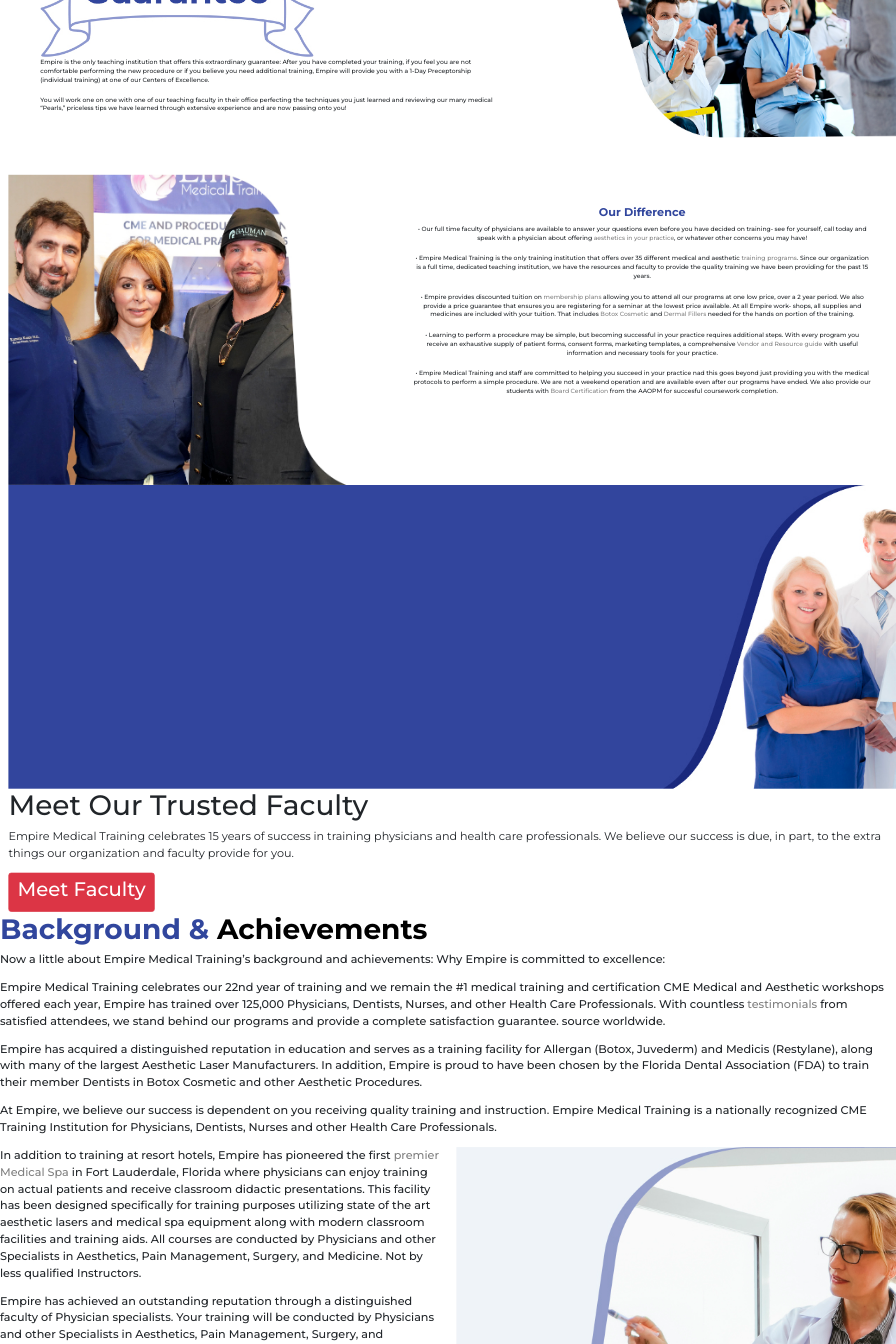
Repository: jorgi710/BODY-CONTOURING-INJECTABLES-AND-ADJUNCT-PROCEDURES
Page: our quarantee/file/src/index.html
These files come from the project's save history. The page is drawn as it stood at one moment and after the next save; the edit follows.
The browser window is 1280 px wide. The pictures show the part of the page from y = 684 to 2604 px (the page is 5943 px tall before and 6048 px after), at 70% of full size.

Above is the page before, as saved 2021-04-06 08:34:00.

After the next save:
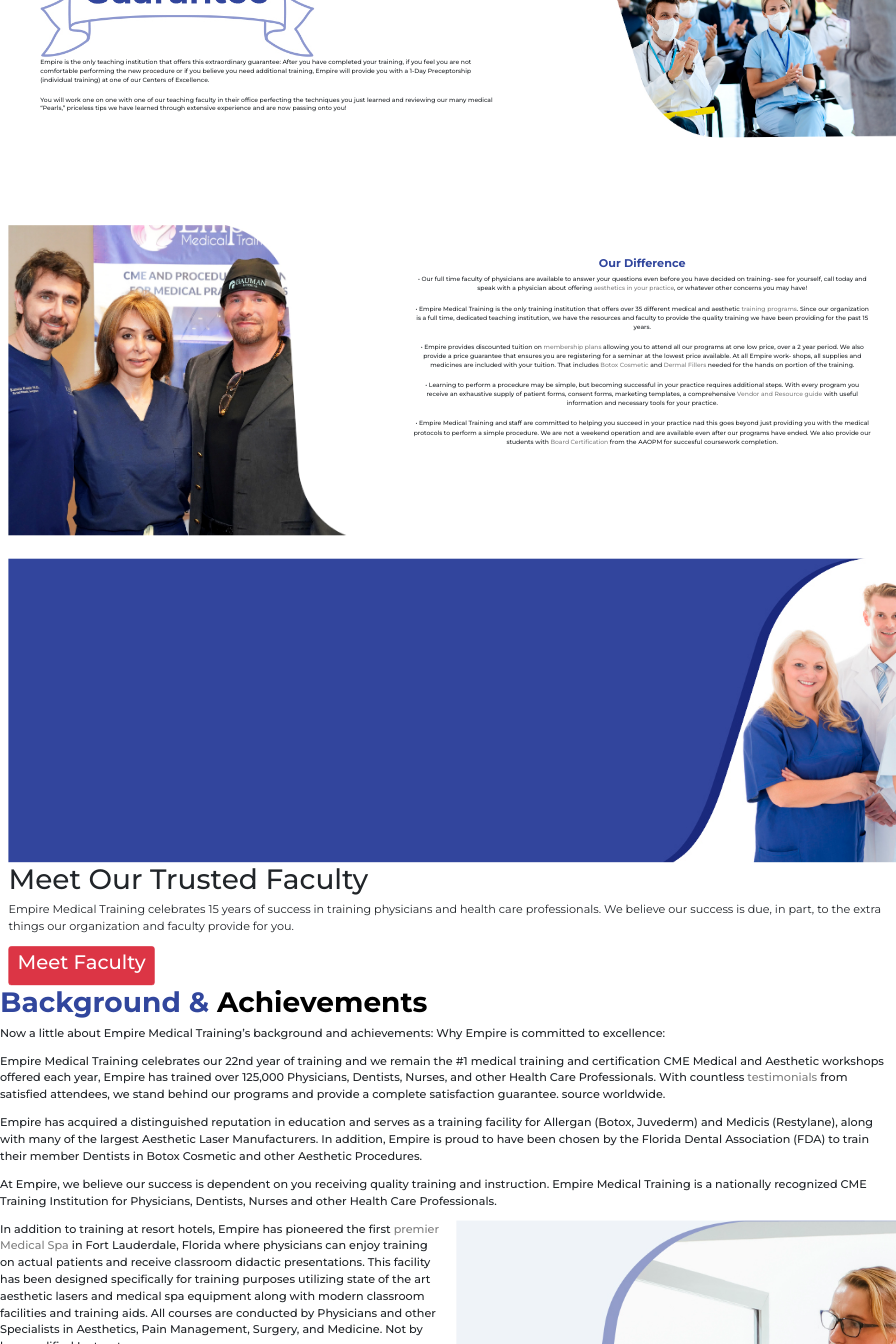
Saved 20 s later.
--- a/our quarantee/file/css/style.css
+++ b/our quarantee/file/css/style.css
@@ -40,7 +40,7 @@
 }
 .section_1 .row .col-md-7 {
   padding: 6vmin 5vmin;
-  padding-bottom: 10vmin;
+  padding-bottom: 20vmin;
   padding-left: 8vmin;
 }
 .section_1 .row .col-md-5 img {

After the save that followed:
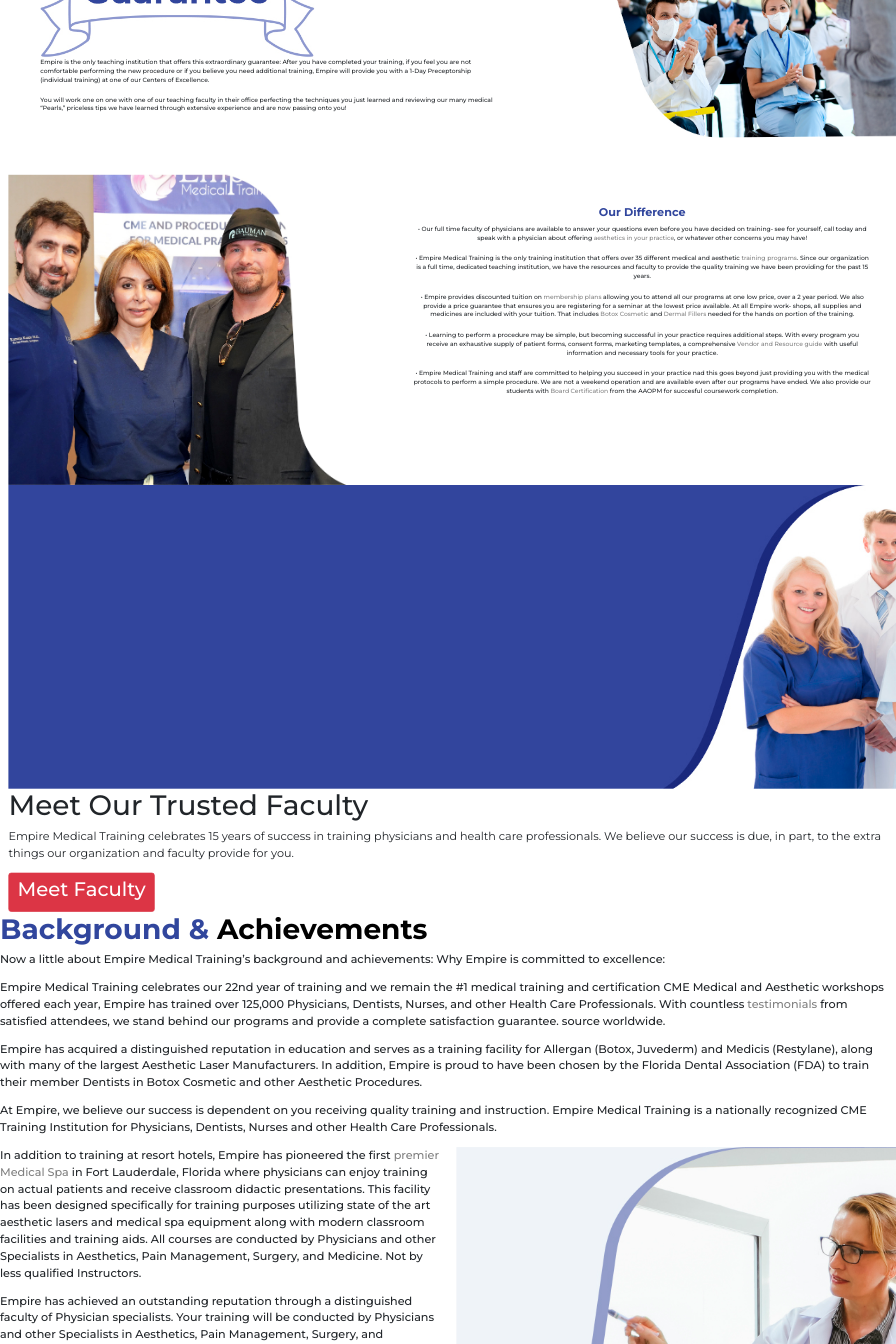
Saved 4 s later.
--- a/our quarantee/file/css/style.css
+++ b/our quarantee/file/css/style.css
@@ -40,7 +40,7 @@
 }
 .section_1 .row .col-md-7 {
   padding: 6vmin 5vmin;
-  padding-bottom: 20vmin;
+  padding-bottom: 10vmin;
   padding-left: 8vmin;
 }
 .section_1 .row .col-md-5 img {
